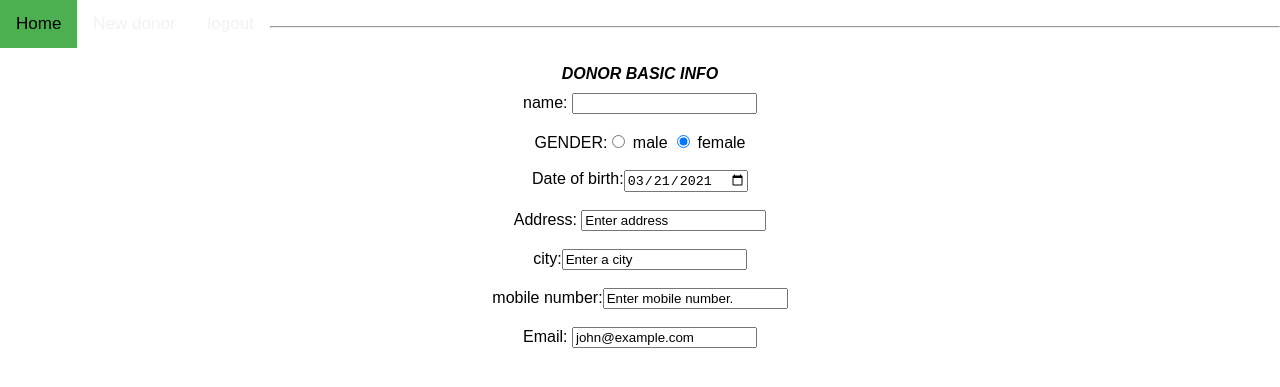
Repository: Datta2901/ubuntu
Page: random/blood.html
An editor plug-in stored every save of this project. The page is shown before and after a run of saves, followed by the edit.
The browser window is 1280 px wide. The pictures show the whole page.

Above is the page before, as saved 2021-03-24 09:31:12.

After the next 3 saves:
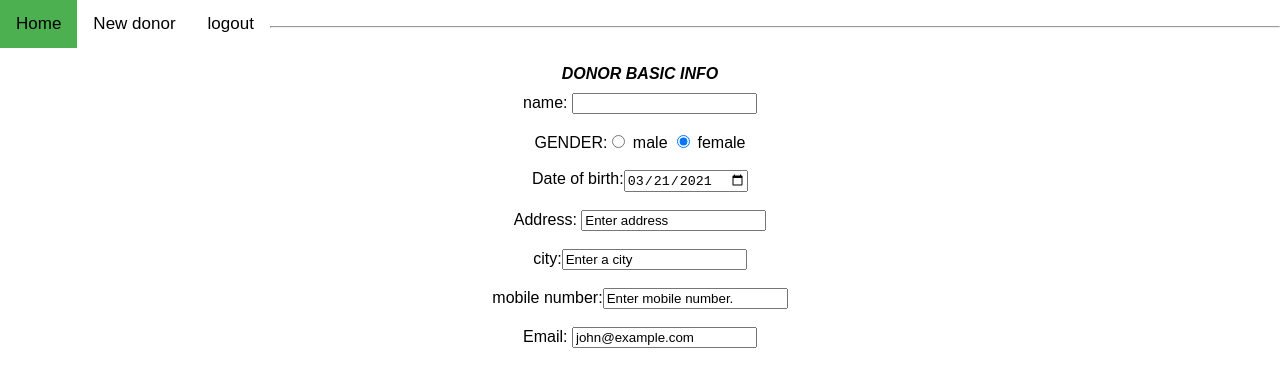
The 3 saves are shown as one change because they came seconds apart.
The last was saved 18 s later.
--- a/random/blood.html
+++ b/random/blood.html
@@ -18,7 +18,7 @@
 
             .topnav a {
               float: left;
-              color: #f2f2f2;
+              color: black;
               text-align: center;
               padding: 14px 16px;
               text-decoration: none;
